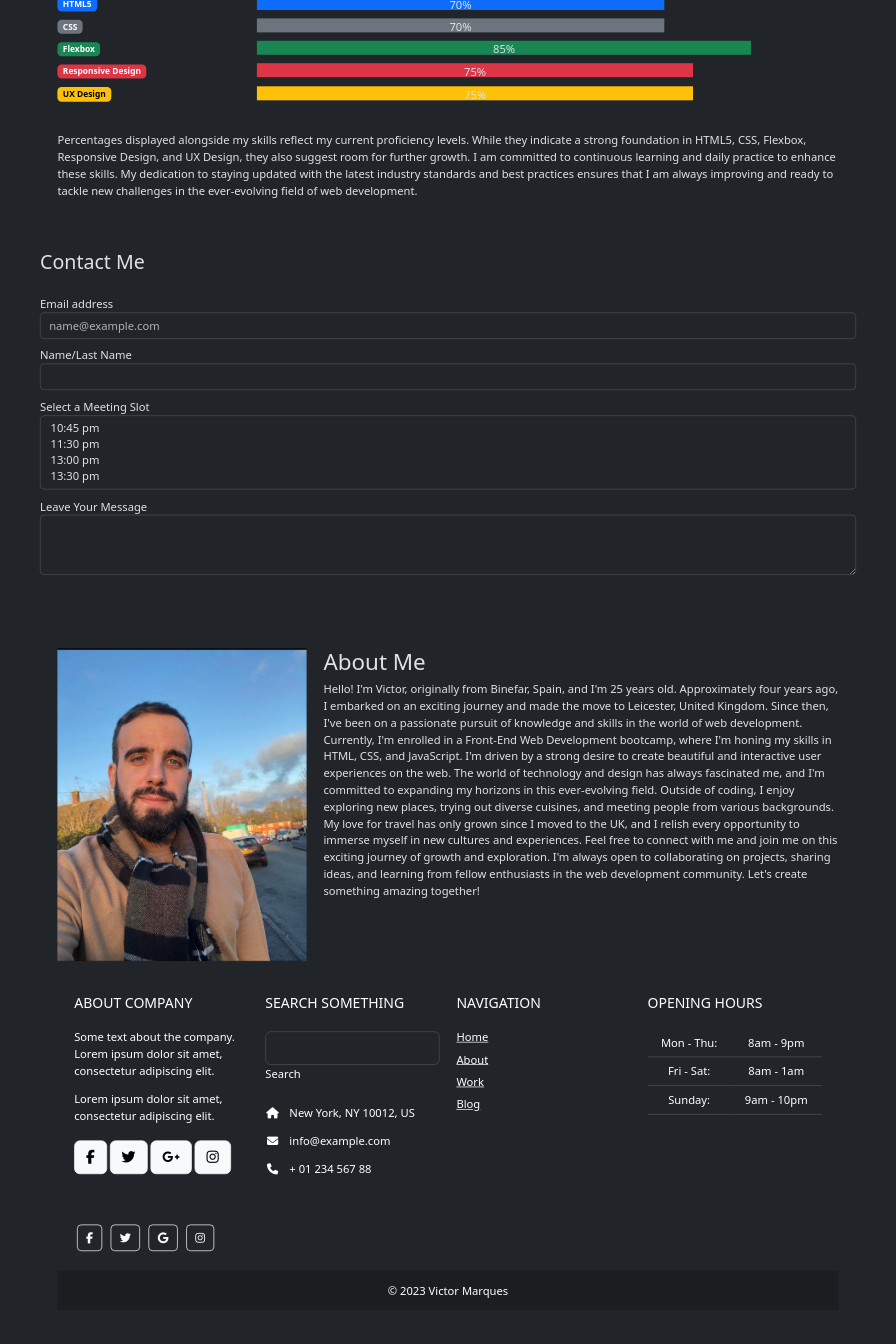
Repository: uvee35/Bootstrap-Portfolio
Page: index.html
An editor plug-in stored every save of this project. The page is shown before and after the next save, followed by the edit.
The browser window is 1280 px wide. The pictures show the part of the page from y = 1215 to 3135 px (the page is 3135 px tall), at 70% of full size.
A picture or video elsewhere on the page could not be fetched, so the positions and the page height are approximate. Some web libraries are served in a nearby version.

Above is the page before, as saved 2023-12-18 22:02:09.

After the next save:
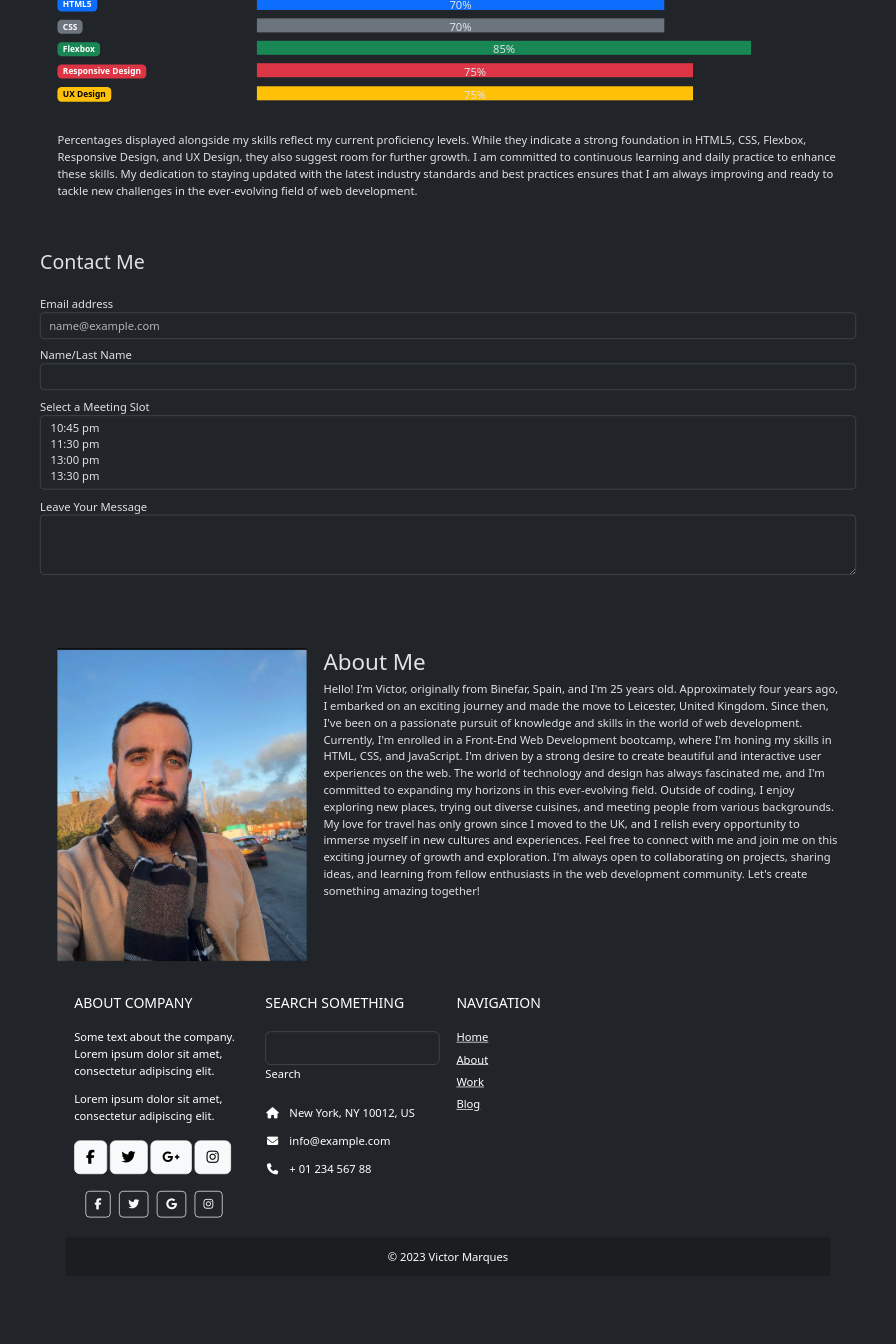
Saved 34 s later.
--- a/index.html
+++ b/index.html
@@ -380,32 +380,6 @@
         </div>
         <!--Grid column-->
 
-        <!--Grid column-->
-        <div class="col-lg-3 col-md-6 mb-4 mb-md-0">
-          <h5 class="text-uppercase mb-4">Opening hours</h5>
-
-          <table class="table text-center text-white">
-            <tbody class="font-weight-normal">
-              <tr>
-                <td>Mon - Thu:</td>
-                <td>8am - 9pm</td>
-              </tr>
-              <tr>
-                <td>Fri - Sat:</td>
-                <td>8am - 1am</td>
-              </tr>
-              <tr>
-                <td>Sunday:</td>
-                <td>9am - 10pm</td>
-              </tr>
-            </tbody>
-          </table>
-        </div>
-        <!--Grid column-->
-      </div>
-      <!--Grid row-->
-    </div>
-    <!-- Grid container -->
 
     <!-- Section: Social media -->
     <section class="p-4 pt-0">
